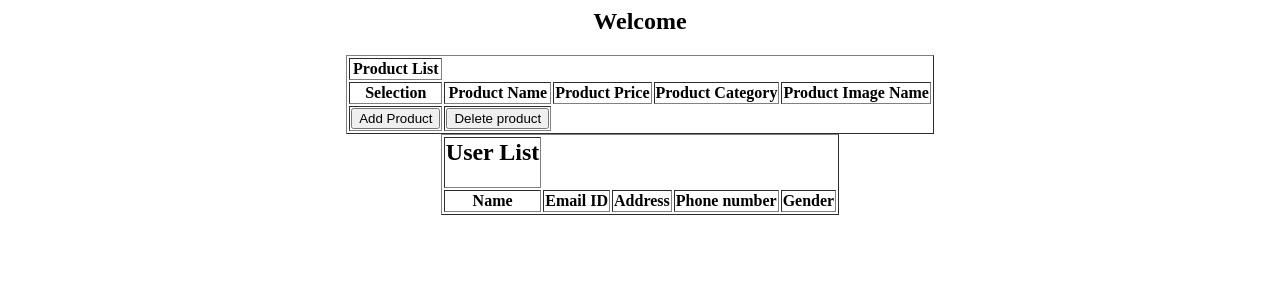
Repository: mohitpratapsingh/GSAP2015
Page: http://localhost/Team-C/WEB-INF/views/adminHome.jsp
The author's editor kept a copy of each file at every save. The page is drawn from the files as they stood at one save, then again after the next save.
The browser window is 1280 px wide. The pictures show the whole page.
The page is served by Tomcat 9. Nobody is signed in. Other server files are loaded and not shown. The template is opened directly, without the code that normally fills it, so the values that code supplies are empty.

Above is the page before, as saved 2015-09-07 19:41:36.

### Team-C/src/main/webapp/WEB-INF/views/adminHome.jsp
<%@ taglib uri="http://java.sun.com/jsp/jstl/core" prefix="c" %>
<%@ taglib uri="http://java.sun.com/jsp/jstl/functions" prefix="fn" %>
<%@ page session="false" %>
<%@taglib uri="http://www.springframework.org/tags/form" prefix="form"%>

<html>
<head>
	<title>admin Home</title>
</head>
<body>
<center>
<h2>
Welcome ${dataMap.get("user").getUserFname()}
</h2>

<table border="1"  id="productTable" >
<thead>
 <th>Product List</th>
 <tr>
 	<th>Selection</th>
    <th>Product Name</th>
    <th>Product Price</th>
    <th>Product Category</th>
    <th>Product Image Name</th>
  </tr>
</thead>

 <tbody>
 <c:forEach items="${dataMap.get(\"productList\")}" var="product">
    <tr>
      <td><input type="checkbox" name="products" value="${product.getpId()}" style="cursor: pointer;" onclick="onChangeCheckbox (this)" /></td>
      <td>${product.getpName()}</td>
      <td>${product.getPrice()}</td>
      <td>${product.getCategory()}</td>
      <td>${product.getImageName()}</td>
    </tr>
  </c:forEach>
  <td>
<input type="button" value="Add Product" onclick="window.location='addProductForm';" />
</td>
<td>
<button onclick="delProduct()">Delete product</button>
</td>
  </tbody>
</table>

<table border="1">
<thead>
 <th><h2>User List</h2></th>
 <tr>
    <th>Name</th>
    <th>Email ID</th>
    <th>Address</th>
    <th>Phone number</th>
    <th>Gender</th>
  </tr>
</thead>

 <tbody>
 <c:forEach items="${dataMap.get(\"userList\")}" var="user">
    <tr>
      <td>${user.getUserFname()} ${user.getUserLname()}</td>
      <td>${user.getEmailId()}</td>
      <td>${user.getAddressLine1()} ${user.getAddressLine2()}</td>
      <td>${user.getPhoneNumber()}</td>
      <td>${user.getGender()}</td>
    </tr>
  </c:forEach>
  </tbody>
</table>

<script type="text/javascript">

var test=[];

        function onChangeCheckbox (checkbox) {
            if (checkbox.checked)
            {
               test.push(checkbox.value);
            }

            else
            {
            		var index;
            		for(i=0;i<test.length;i++)
            		{
            			if(test[i]==checkbox.value)
            			index=i;
            		}
            		if(index > -1)
            		test.splice(index,1);
            }
       	}

      function delProduct() {

    	  window.location = "deleteProduct?prodIductList=" +test;

        }
    </script>
</body>
</center>
</html>

After the next save:
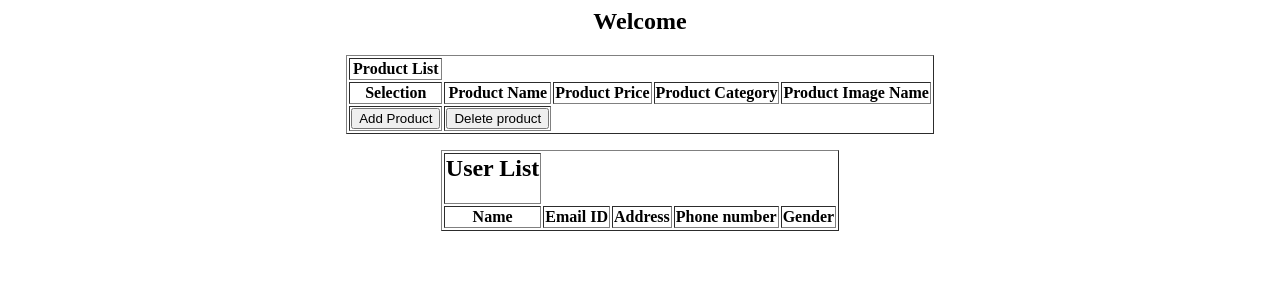
Saved 3 min 29 s later.
--- a/Team-C/src/main/webapp/WEB-INF/views/adminHome.jsp
+++ b/Team-C/src/main/webapp/WEB-INF/views/adminHome.jsp
@@ -43,7 +43,8 @@ Welcome ${dataMap.get("user").getUserFname()}
 </td>
   </tbody>
 </table>
-
+<p/>
+<p/>
 <table border="1">
 <thead>
  <th><h2>User List</h2></th>
